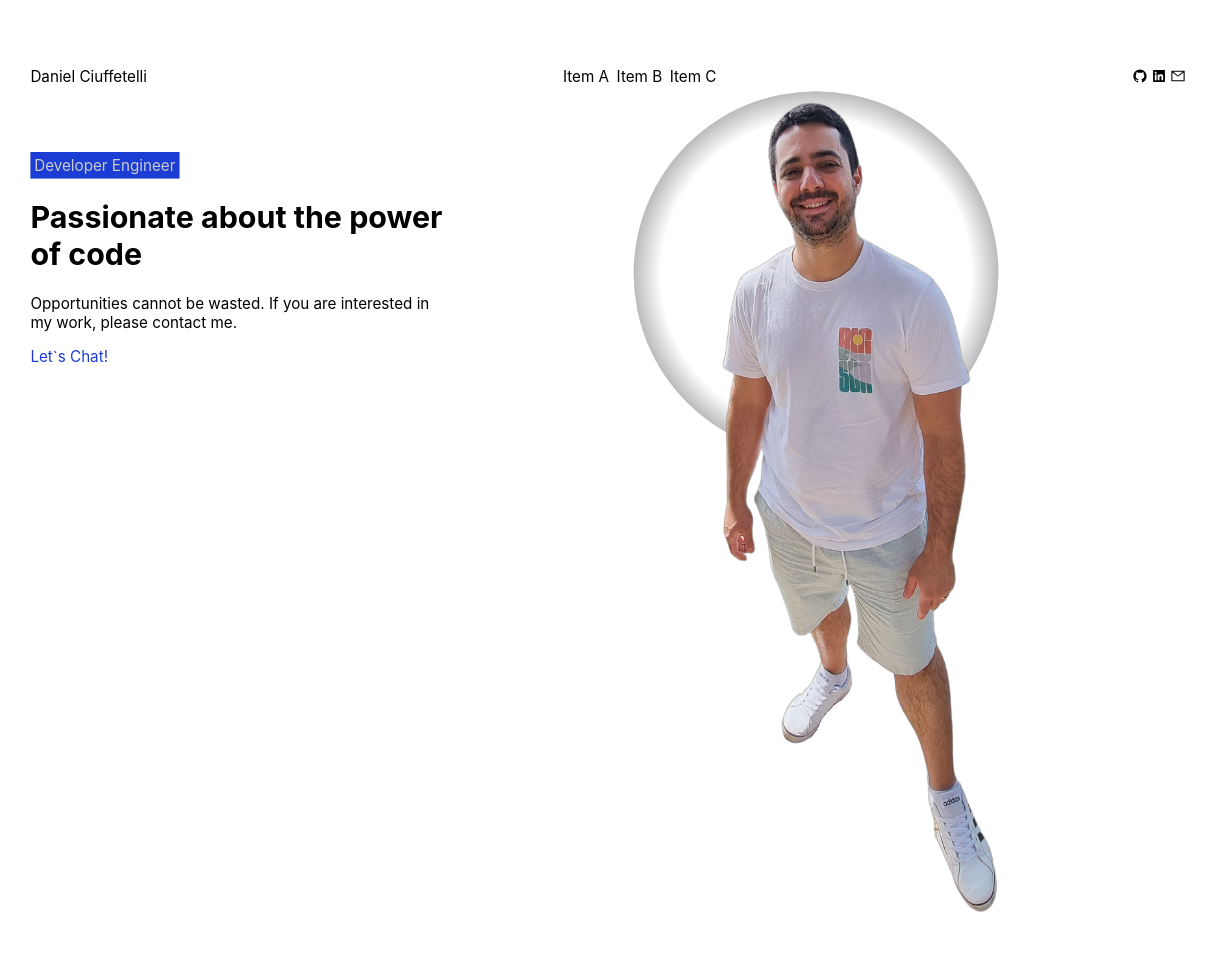
Repository: ciuffetelli/portfolio
Page: / (app in app/)
These files come from the project's save history. The page is drawn as it stood at one moment and after the next save; the edit follows.
The browser window is 1280 px wide. The pictures show the whole page, at 95% of full size.
The project was rebuilt for these pictures with package versions that can differ from the ones it lists, and the page was loaded fresh each time. The framework's server and built-in components were replaced by stand-ins that run in the browser. Also part of the build but not shown: app/next.config.js.

Above is the page before, as saved 2022-12-04 16:40:30.

### app/pages/index.tsx
import Head from 'next/head'
import Image from 'next/image'
import styles from '../styles/Home.module.css'
import styled from 'styled-components'

import { Nav } from '../Components/Nav'
import { Hero } from '../Components/Hero'

export default function Home() {
  return (
    <Container>

        <Head>
          <title>Daniel Ciuffetelli - Developer Engineer</title>
          <meta name="description" content="Generated by create next app" />
          <link rel="icon" href="/favicon.ico" />
        </Head>

        <Main>
          <Nav />

          <Hero />
        </Main>

    </Container>
    // <div className={styles.container}>


    //   <main className={styles.main}>
    //     <Nav />

    //     <Hero />
    //     {/* <h1 className={styles.title}>
    //       Welcome to <a href="https://nextjs.org">Next.js!</a>
    //     </h1>

    //     <p className={styles.description}>
    //       Get started by editing{' '}
    //       <code className={styles.code}>pages/index.tsx</code>
    //     </p>

    //     <div className={styles.grid}>
    //       <a href="https://nextjs.org/docs" className={styles.card}>
    //         <h2>Documentation &rarr;</h2>
    //         <p>Find in-depth information about Next.js features and API.</p>
    //       </a>

    //       <a href="https://nextjs.org/learn" className={styles.card}>
    //         <h2>Learn &rarr;</h2>
    //         <p>Learn about Next.js in an interactive course with quizzes!</p>
    //       </a>

    //       <a
    //         href="https://github.com/vercel/next.js/tree/canary/examples"
    //         className={styles.card}
    //       >
    //         <h2>Examples &rarr;</h2>
    //         <p>Discover and deploy boilerplate example Next.js projects.</p>
    //       </a>

    //       <a
    //         href="https://vercel.com/new?utm_source=create-next-app&utm_medium=default-template&utm_campaign=create-next-app"
    //         target="_blank"
    //         rel="noopener noreferrer"
    //         className={styles.card}
    //       >
    //         <h2>Deploy &rarr;</h2>
    //         <p>
    //           Instantly deploy your Next.js site to a public URL with Vercel.
    //         </p>
    //       </a>
    //     </div> */}
    //   </main>

    //   <footer className={styles.footer}>
    //     <a
    //       href="https://vercel.com?utm_source=create-next-app&utm_medium=default-template&utm_campaign=create-next-app"
    //       target="_blank"
    //       rel="noopener noreferrer"
    //     >
    //       Powered by{' '}
    //       <span className={styles.logo}>
    //         <Image src="/vercel.svg" alt="Vercel Logo" width={72} height={16} />
    //       </span>
    //     </a>
    //   </footer>
    //   <a href='https://elements.envato.com/ds-developer-portfolio-psd-template-9FZDH4D'>Reference</a>
    // </div>
  )
}

const Container = styled.div`
  padding: 0 2rem;
`

const Main = styled.main`
  min-height: 100vh;
  padding: 4rem 0;
  flex: 1;
  display: flex;
  flex-direction: column;
  justify-content: center;
  align-items: center;
`

### app/Components/Nav.tsx
import styled from 'styled-components'

import { AiFillGithub, AiFillLinkedin, AiOutlineMail } from 'react-icons/ai'

export function Nav() {

    return (
        <Container>
            <Name>Daniel Ciuffetelli</Name>
            <Items>
                <MenuItem>Item A</MenuItem>
                <MenuItem>Item B</MenuItem>
                <MenuItem>Item C</MenuItem>
            </Items>
            <Icons>
                <Social>
                    <AiFillGithub />
                    <AiFillLinkedin />
                </Social>
                <AiOutlineMail />
            </Icons>
        </Container>
    )
}

const Container = styled.div`
    display: inline-flex;
    width: 100%;
    height: 2rem;
    justify-content: space-around;
    align-items: center;
`

const Name = styled.div`
    display: none;

    @media (min-width: 500px) {
        display: flex;
    }
`

const Items = styled.div`
    display: inline-flex;
    flex: 1;
    gap: 0.5rem;
    justify-content: center;
`

const MenuItem = styled.div``

const Icons = styled.div`
    display: inline-flex;
    gap: 0.25rem;
`
const Social = styled.div`
    display: none;
    gap: 0.25rem;

    @media (min-width: 500px) {
        display: inline-flex;
    }
`

### app/Components/Hero.tsx
import styled from 'styled-components'

export function Hero() {
    return (
        <Container>
            <LeftSide>
                <Title>Developer Engineer</Title>
                <H1>Passionate about the power of code</H1>
                <Text>Opportunities cannot be wasted. If you are interested in my work, please contact me.</Text>
                <Link>Let`s Chat!</Link>
            </LeftSide>
            <RightSide>
                <Image src="/img/profile.png" />
            </RightSide>
        </Container>
    )
}

const Container = styled.div`
    display: inline-flex;
    margin-bottom: auto;
`

const LeftSide = styled.div`
    padding-top: 2rem;

    @media (min-width: 500px) {
        max-width: 50%;
        padding-top: 4rem;
    }
`

const Title = styled.div`
    width: max-content;
    padding: 0.25rem;
    color: #ccc;
    background-color: #1b3dd3;
`

const H1 = styled.h1``

const Text = styled.p``

const Link = styled.a`
    color: #1b3dd3;
`

const RightSide = styled.div`
    display: none;
    position: relative;
    justify-content: center;

    &::after {
        content: "";
        position: absolute;
        width: 30vw;
        height: 30vw;
        z-index: -1;
        margin: auto;
        border-radius: 50%;
        background-image: radial-gradient(circle, #FFF, transparent 60%, #000);
    }

    @media (min-width: 500px) {
        display: flex;
    }
`

const Image = styled.img`
    width: 50%;
    margin: auto;
`

Loaded but not shown: app/pages/_app.tsx (common file); app/styles/globals.css (common file)

After the next save:
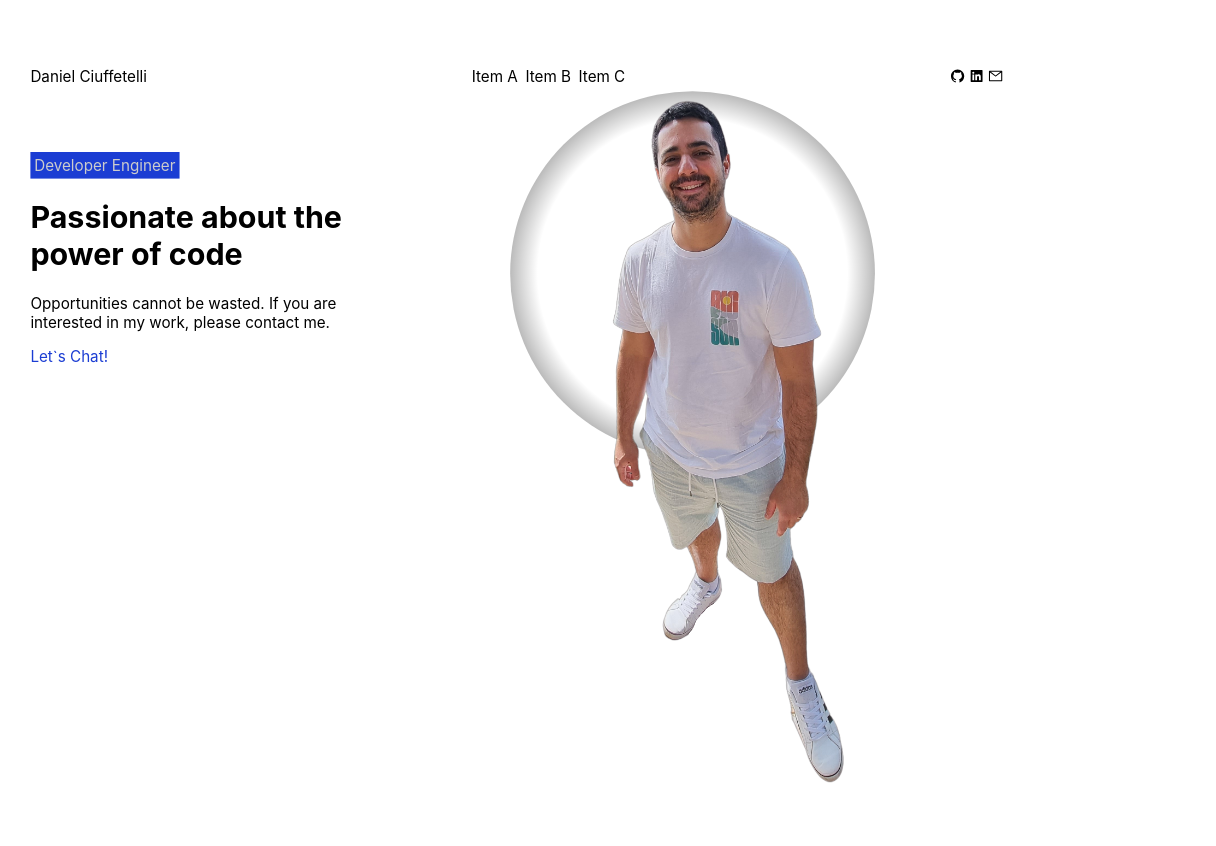
Saved 2 min 24 s later.
--- a/app/pages/index.tsx
+++ b/app/pages/index.tsx
@@ -94,6 +94,7 @@
 `
 
 const Main = styled.main`
+  max-width: 1024px;
   min-height: 100vh;
   padding: 4rem 0;
   flex: 1;
